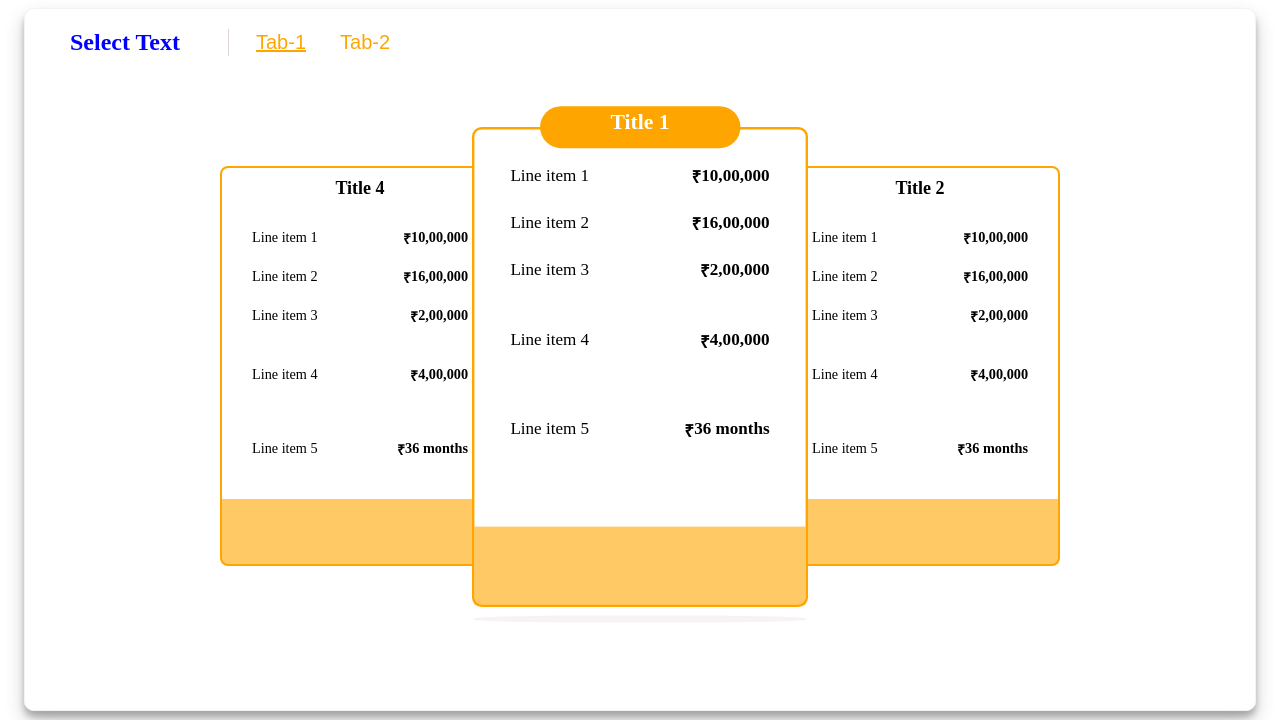
Repository: Adityanarayan-tiwari/Cardbox
Page: index.html
An editor plug-in stored every save of this project. The page is shown before and after a run of saves, followed by the edit.
The browser window is 1280 px wide. The pictures show the whole page.

Above is the page before, as saved 2020-07-25 15:49:03.

### index.html
<!DOCTYPE html>
<html lang="en">
<head>
    <meta charset="UTF-8">
    <meta name="viewport" content="width=device-width, initial-scale=1.0">
    <title>CardBox</title>
    <link rel="stylesheet" href="./index.css">
</head>
<body>


    <!-- Page Wrapper -->
    <div class="page-wrapper">
        <div class="page-heading" id="myDIV">
            <h2>Select Text</h2>
            <button class="prev btn btnactive">Tab-1</button>
            <button class="next btn">Tab-2</button>
        </div>

        <!-- Card Slider -->
        <div class="card-slider">

            <!--  Card Wrapper -->
                <div class="card-wrapper">
                    <div class="card">
                        <h3>Title 1</h3>
                    <div class="card-content">
                        <ul>
                            <li>Line item 1</li>
                            <li><span>&#8377</span>10,00,000</li>
                        </ul>
                        <ul>
                            <li>Line item 2</li>
                            <li><span>&#8377</span>16,00,000</li>
                        </ul>
                        <ul>
                            <li>Line item 3</li>
                            <li><span>&#8377</span>2,00,000</li>
                        </ul>
                        <ul>
                            <li>Line item 4</li>
                            <li><span>&#8377</span>4,00,000</li>
                        </ul>
                        <ul>
                            <li>Line item 5</li>
                            <li><span>&#8377</span>36 months</li>
                        </ul>
                    </div>
                    <div class="lower"></div>
                    </div>
                    <div class="card">
                        <h3>Title 2</h3>
                    <div class="card-content">
                        <ul>
                            <li>Line item 1</li>
                            <li><span>&#8377</span>10,00,000</li>
                        </ul>
                        <ul>
                            <li>Line item 2</li>
                            <li><span>&#8377</span>16,00,000</li>
                        </ul>
                        <ul>
                            <li>Line item 3</li>
                            <li><span>&#8377</span>2,00,000</li>
                        </ul>
                        <ul>
                            <li>Line item 4</li>
                            <li><span>&#8377</span>4,00,000</li>
                        </ul>
                        <ul>
                            <li>Line item 5</li>
                            <li><span>&#8377</span>36 months</li>
                        </ul>
                    </div>
                    <div class="lower"></div>
                    </div>
                    <div class="card">
                        <h3>Title 3</h3>
                    <div class="card-content">
                        <ul>
                            <li>Line item 1</li>
                            <li><span>&#8377</span>10,00,000</li>
                        </ul>
                        <ul>
                            <li>Line item 2</li>
                            <li><span>&#8377</span>16,00,000</li>
                        </ul>
                        <ul>
                            <li>Line item 3</li>
                            <li><span>&#8377</span>2,00,000</li>
                        </ul>
                        <ul>
                            <li>Line item 4</li>
                            <li><span>&#8377</span>4,00,000</li>
                        </ul>
                        <ul>
                            <li>Line item 5</li>
                            <li><span>&#8377</span>36 months</li>
                        </ul>
                    </div>
                    <div class="lower"></div>
                    </div>
                    <div class="card">
                        <h3>Title 4</h3>
                    <div class="card-content">
                        <ul>
                            <li>Line item 1</li>
                            <li><span>&#8377</span>10,00,000</li>
                        </ul>
                        <ul>
                            <li>Line item 2</li>
                            <li><span>&#8377</span>16,00,000</li>
                        </ul>
                        <ul>
                            <li>Line item 3</li>
                            <li><span>&#8377</span>2,00,000</li>
                        </ul>
                        <ul>
                            <li>Line item 4</li>
                            <li><span>&#8377</span>4,00,000</li>
                        </ul>
                        <ul>
                            <li>Line item 5</li>
                            <li><span>&#8377</span>36 months</li>
                        </ul>
                    </div>
                    <div class="lower"></div>
                    </div>
                </div>
            <!-- // Card Wrapper -->

        </div>
        <!-- // Card Slider -->

    </div>
    <!-- // Page Wrapper -->







    <!-- JQuery cdn Link -->
    <script src="https://code.jquery.com/jquery-3.5.1.slim.min.js"></script>

    <!-- Slick Carousel JS cdn Link -->
    <script type="text/javascript" src="https://cdn.jsdelivr.net/npm/slick-carousel@1.8.1/slick/slick.min.js"></script>

    <!-- Custom JavaScript -->
    <script src="./index.js"></script>
</body>
</html>

### index.css

.page-wrapper{
    max-width: 1200px;
    margin: 0 auto;
    padding: 0 15px;
    border: 1px solid #f3f3f3;
    box-shadow: 0 10px 20px rgba(0,0,0,0.19), 0 6px 6px rgba(0,0,0,0.23);
    border-radius: 10px;
}





.page-heading{
    display: flex;
}
.page-heading h2 {
    margin: 20px 30px;
    color: blue;
    padding-right: 4%;
    border-right: 1px solid rgb(223, 213, 213);
    margin-right: 10px;
}
.page-heading .next,.prev {
    margin: 10px;
    display: block;
    background: transparent;
    border: 1px solid transparent;
    color: orange;
    font-size: 20px;
    outline: none;
    cursor: pointer;
}




.card-slider{
    margin: 2% auto 0% auto;
}
.card-slider .card-wrapper{
    width: 70%;
    height: 550px;
    margin: 0 auto;
    overflow: hidden;
    padding: 3% 0 2% 0%;
}
.card-slider .card-wrapper .card{
    max-width: 300px;
    min-height: 400px;
    margin: 30px 0px 20px 0px;

    border: 2px solid orange;
    border-radius: 8px;
    background:white;
    outline: none;
    box-sizing:border-box;

    display: inline-block;
    position: relative;
}



.card h3{
    font-size: 18px;
    margin:0 auto;
    margin-top: 10px;
    margin-bottom:0px;
    text-align: center;
}



.card-content{
    padding: 20px 10px;
    padding-bottom: 60px;
}
.card-content ul{
    padding: 0;
    margin: 0;
    padding: 10px 0;
    display: flex;
    justify-content: space-between;
}
.card-content ul li{
    list-style: none;
    display: flex;
    padding: 0 20px;
    font-size: 0.89em;
}
.card-content ul li:nth-child(2){
    font-weight: bold;
}
.card-content ul:nth-child(4) {
    padding-top: 30px;
    padding-bottom: 35px;
}
.card-content ul:nth-child(5){
    padding-top: 20px;
    padding-bottom: 5px;
}






.lower {
    width: 100%;
    background: orange;
    height: 65px;
    box-sizing: border-box;
    position: absolute;
    bottom: 0;
    padding-top: 10px;
    opacity: .6;
}






.slick-slide + .slick-slide {
    pointer-events: none;
}
.slick-slide + .slick-current  {
    pointer-events: fill;
}





/* States */


.btnactive {
    text-decoration: underline;
  }


.slick-center{
    transform:  translateX(0px) translateY(-30px) translateZ(0px) scale(1.2);
    transition: 1s ease-in-out;
    z-index: 1;
}
.slick-center:after{
    position: absolute;
    content:'';
    bottom:-15px;
    width: 100%;
    height: 6px;
    border-radius: 40%;
    background:rgb(247, 243, 243);
}


.slick-center h3{
    background: orange;
    border-radius: 20px;
    color: white;
    padding: 1% 3% 4% 3%;
    position: absolute;
    top: -3%;
    left: 50%;
    transform: translate(-50%,-50%);
    width: 150px;
}
.slick-center .middle {
    padding-top: 50px;
    padding-bottom: 60px;
}

### index.js

// Javascript
var header = document.getElementById("myDIV");
var btns = header.getElementsByClassName("btn");
for (var i = 0; i < btns.length; i++) {
  btns[i].addEventListener("click", function() {
  var current = document.getElementsByClassName("btnactive");
  if (current.length > 0) {
    current[0].className = current[0].className.replace(" btnactive", "");
  }
  this.className += " btnactive";
  });
}








//Jquery
$(document).ready(function(){
    $('.card-wrapper').slick({

    slidesToShow: 3,
    slidesToScroll: 1,

    accessibility: true,
    adaptiveHeight: true,
    centerMode: true,
    centerPadding: '0px',

    nextArrow:$('.next'),
    prevArrow:$('.prev'),
    responsive: [
    {
        breakpoint: 1240,
        settings: {
            arrows: true,
            slidesToShow: 3
        }
        },
        {
        breakpoint: 768,
        settings: {
            arrows: false,
            slidesToShow: 3
        }
        },
        {
        breakpoint: 480,
        settings: {
            arrows: false,
            slidesToShow: 1
        }
        }
    ]

    });
});

After the next 3 saves:
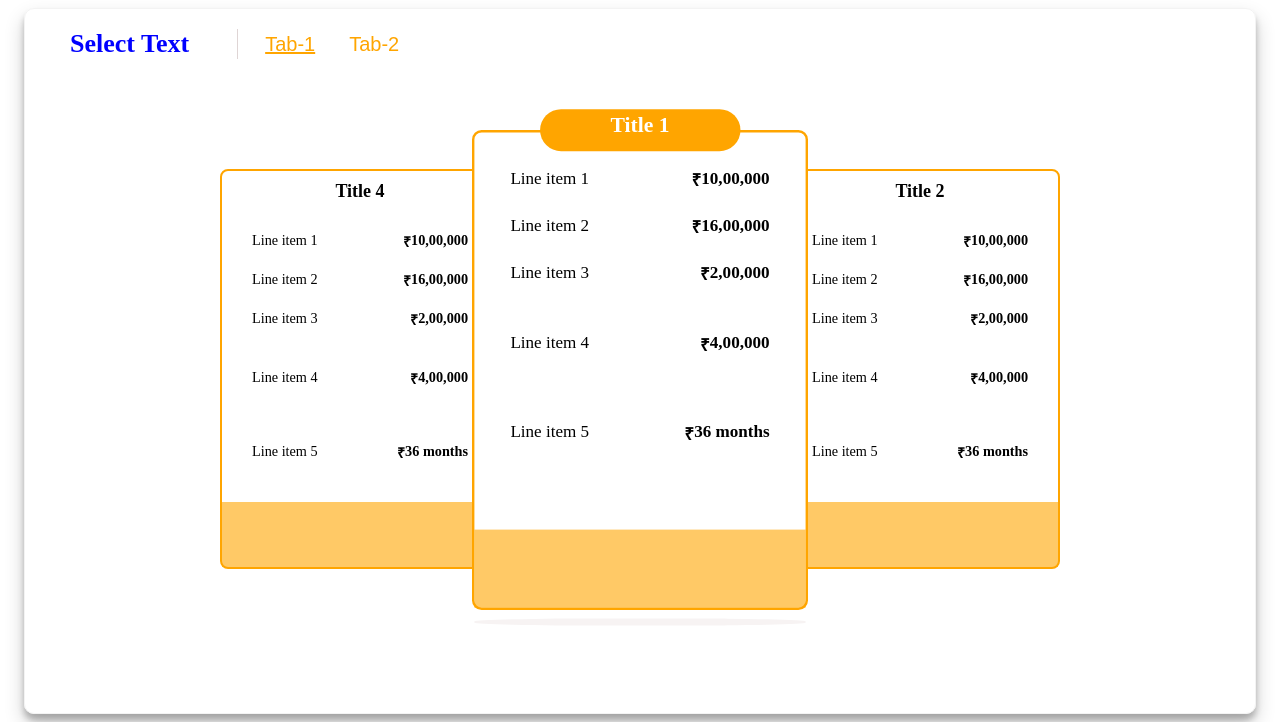
The 3 saves are shown as one change because they came seconds apart.
The last was saved 2 min 20 s later.
--- a/index.css
+++ b/index.css
@@ -21,6 +21,7 @@
     padding-right: 4%;
     border-right: 1px solid rgb(223, 213, 213);
     margin-right: 10px;
+    font-size: 26px;
 }
 .page-heading .next,.prev {
     margin: 10px;
